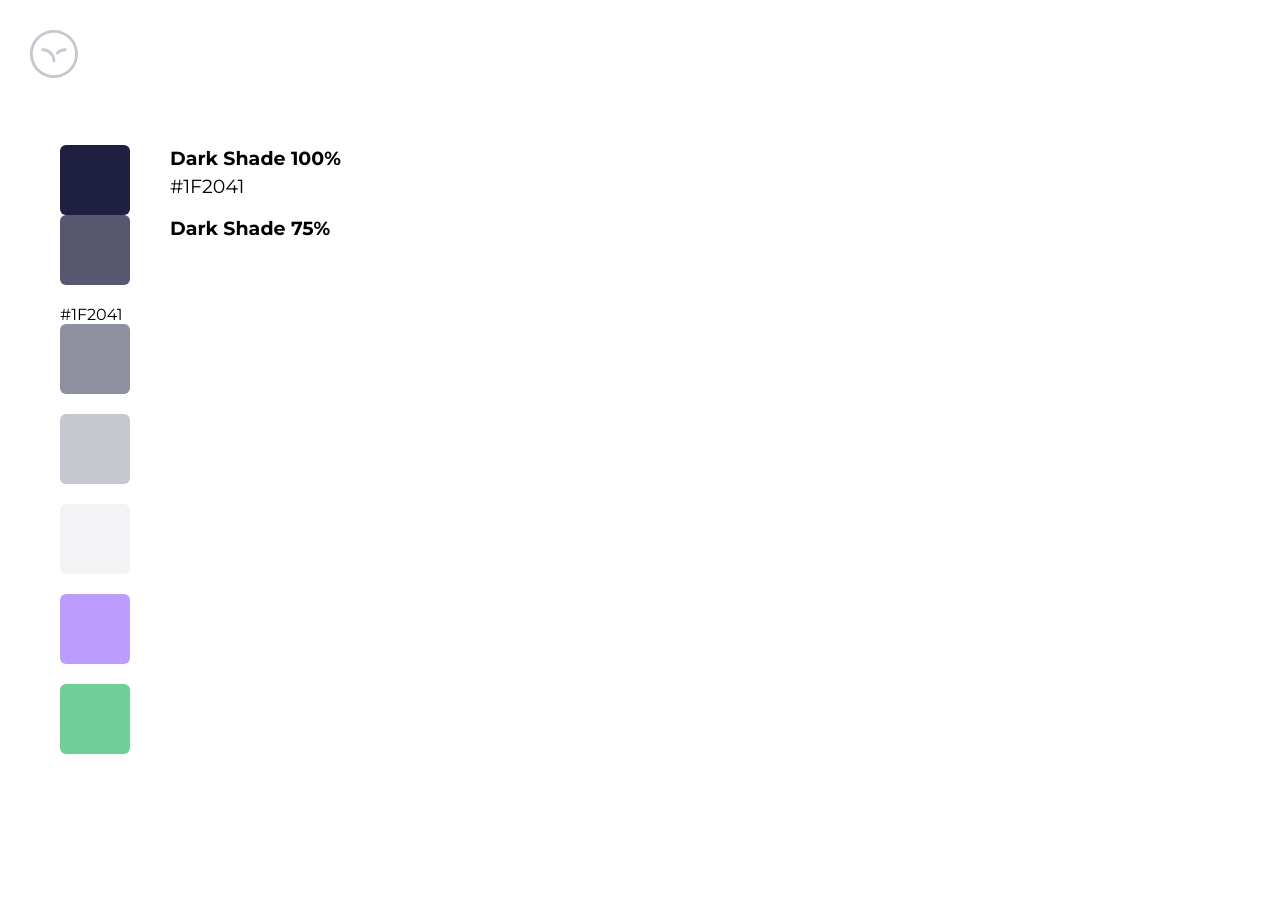
Repository: Inzhir2022/quatrain
Page: ui/index.html
An editor plug-in stored every save of this project. The page is shown before and after the next save, followed by the edit.
The browser window is 1280 px wide. The pictures show the whole page.

Above is the page before, as saved 2022-07-23 09:35:17.

After the next save:
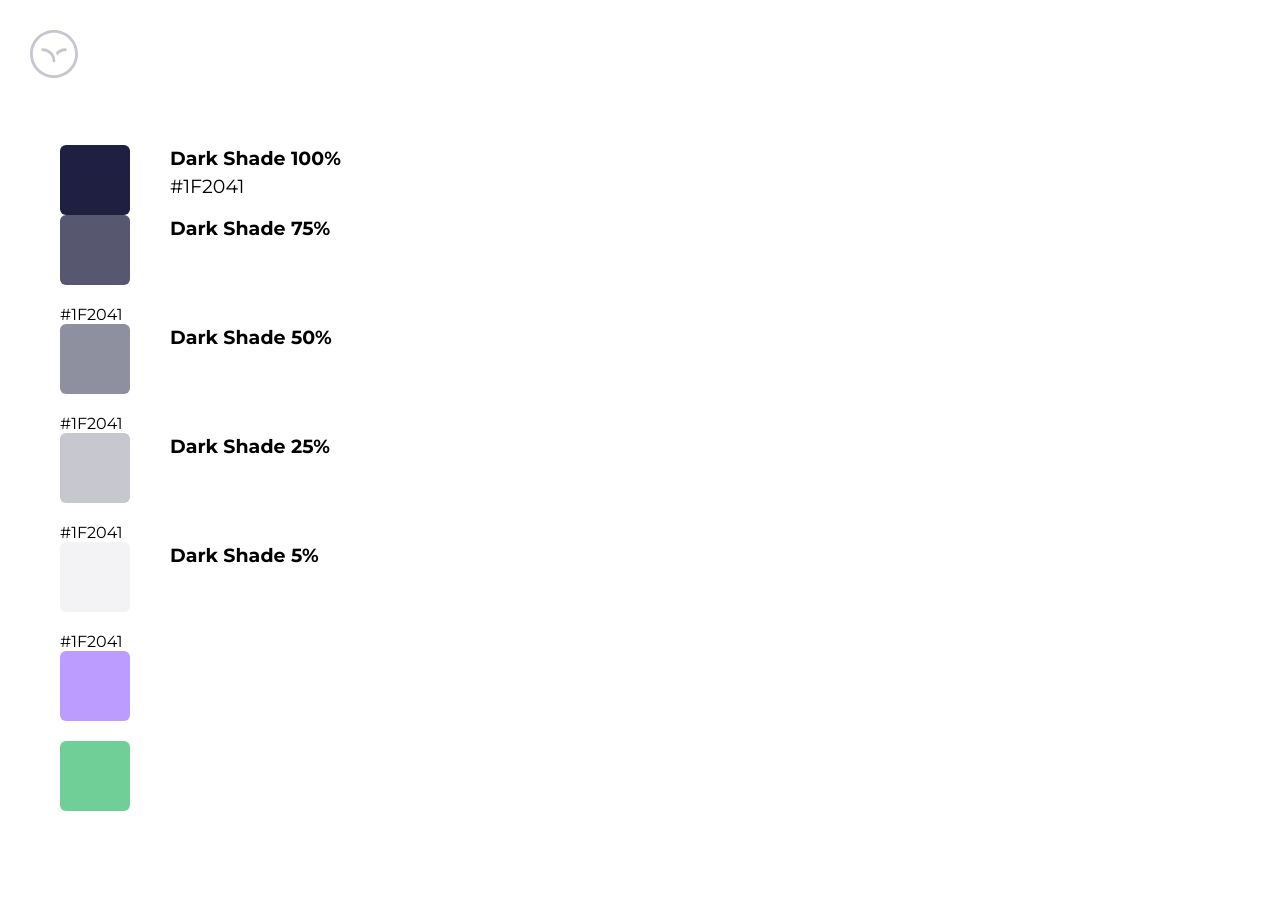
Saved 70 s later.
--- a/ui/index.html
+++ b/ui/index.html
@@ -37,18 +37,18 @@
         </div>
         <div class="colors__wrapper">
           <div class="colors__item colors__item_darkShade_50"></div>
-          <div class="colors__title"></div>
-          <div class="colors__subtitle"></div>
+          <div class="colors__title">Dark Shade 50%</div>
+          <div class="colors__subtitle">#1F2041</div>
         </div>
         <div class="colors__wrapper">
           <div class="colors__item colors__item_darkShade_25"></div>
-          <div class="colors__title"></div>
-          <div class="colors__subtitle"></div>
+          <div class="colors__title">Dark Shade 25%</div>
+          <div class="colors__subtitle">#1F2041</div>
         </div>
         <div class="colors__wrapper">
           <div class="colors__item colors__item_darkShade_5"></div>
-          <div class="colors__title"></div>
-          <div class="colors__subtitle"></div>
+          <div class="colors__title">Dark Shade 5%</div>
+          <div class="colors__subtitle">#1F2041</div>
         </div>
         <div class="colors__wrapper">
           <div class="colors__item colors__item_purple"></div>
